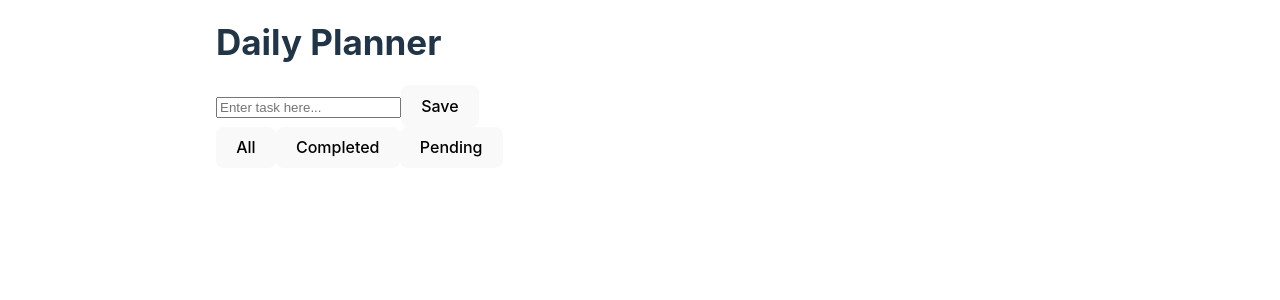
Repository: leslie179/lab4
Page: / (app in lab4/)
The author's editor kept a copy of each file at every save. The page is drawn from the files as they stood at one save, then again after the next save.
The browser window is 1280 px wide. The pictures show the whole page.
The project was rebuilt for these pictures with package versions that can differ from the ones it lists, and the page was loaded fresh each time. Also part of the build but not shown: lab4/vite.config.js, lab4/src/components/Task.jsx.

Above is the page before, as saved 2024-10-27 18:06:00.

### lab4/src/App.jsx
import { useState } from 'react'
import './App.css'

import Task from './components/Task'
import TaskForm from './components/TaskForm'

function App() {
  const [tasks, setTasks] = useState([])
  const [filter, setFilter] = useState("All")
  return (
    <div>
      <h1>Daily Planner</h1>
      <TaskForm setTasks={setTasks}/>
      <button onClick={() => setFilter("All")}>All</button>
      <button onClick={() => setFilter("Completed")}>Completed</button>
      <button onClick={() => setFilter("Pending")}>Pending</button>
      <ul>
        {tasks && tasks.filter((task) => {
          if (filter === "All") {
            return true
          } else if (filter === "Completed") {
            return task.completed
          } else if (filter === "Pending") {
            return !task.completed
          }

          return true // not really necessary
        }).map((task, i) => {
          return <Task task={task} setTasks={setTasks} index={i} />
        })}
      </ul>

    </div>
  )
}

export default App

### lab4/src/App.css
#root {
  max-width: 1280px;
  text-align: left;
  padding-left: 13rem;
}

h1{
  font-size: 35px;
}



.read-the-docs {
  color: #888;
}

### lab4/src/components/TaskForm.jsx
import { useState } from "react"

function TaskForm({ setTasks }) {
    const [currentTask, setCurrentTask] = useState()
    const save = () => {
        setTasks((currentTasks) => { // trick to get current state
            // im just naming it tmp for temporary
            const tmpTasks = [...currentTasks] // deep copy (tmpTasks is just a copy of currentTasks cause you cant just copy an array)
            tmpTasks.push({ task: currentTask, completed: false })
            return tmpTasks
        })
        setCurrentTask("")
    }
    // the onChange is a function that runs everytime the input text changes
    // everytime the input text changes update the state with the value of the text input
    return <div>
        <input type="text" onChange={(e) => setCurrentTask(e.target.value)} placeholder="Enter task here..."/>
        <button onClick={() => save()}>Save</button>
    </div>
}

export default TaskForm

Loaded but not shown: lab4/index.html (common file); lab4/src/main.jsx (common file); lab4/src/index.css (common file)

After the next save:
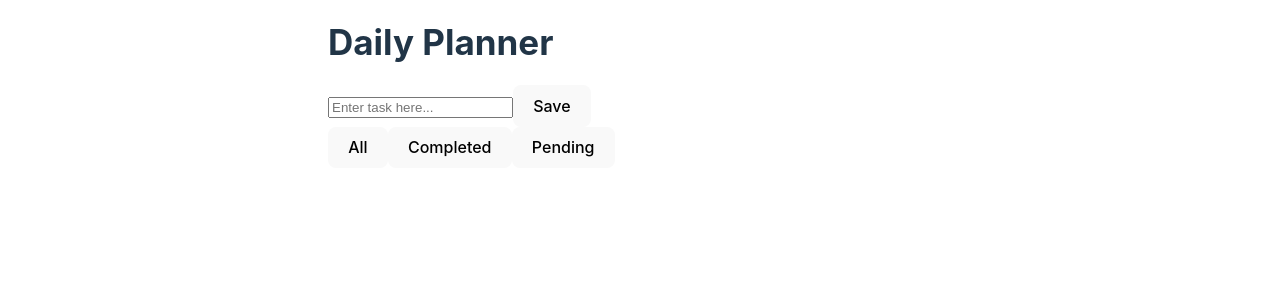
Saved 12 s later.
--- a/lab4/src/App.css
+++ b/lab4/src/App.css
@@ -1,7 +1,7 @@
 #root {
   max-width: 1280px;
   text-align: left;
-  padding-left: 13rem;
+  padding-left: 20rem;
 }
 
 h1{
